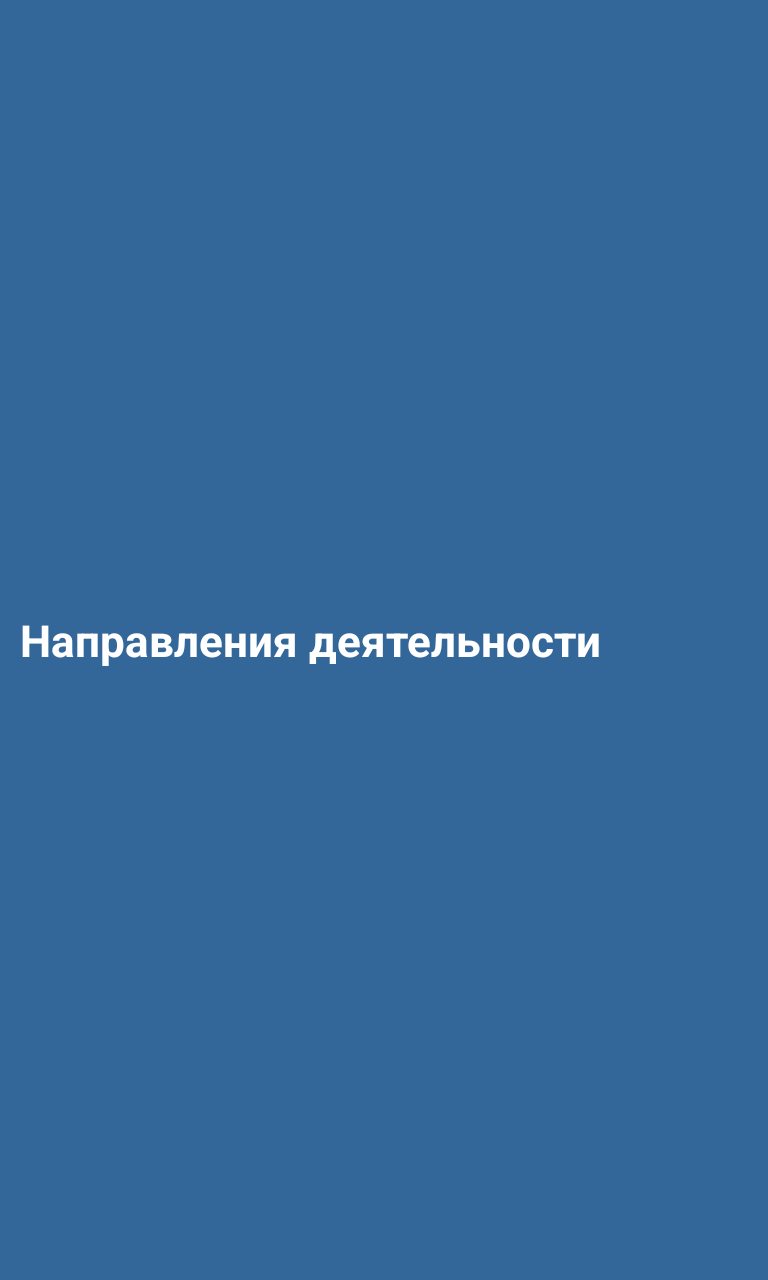
Repository: complexityclass/GosClient
Layout: Client/res/layout/list_header_news_archive.xml
An editor plug-in stored every save of this project. The layout is shown before and after the next save, followed by the edit.
It is drawn on a 768 x 1280 px phone screen (xhdpi) without system bars, with theme AppTheme; the app's code is not run.

Above is the layout before, as saved 2013-04-26 13:27:57.

After the next save:
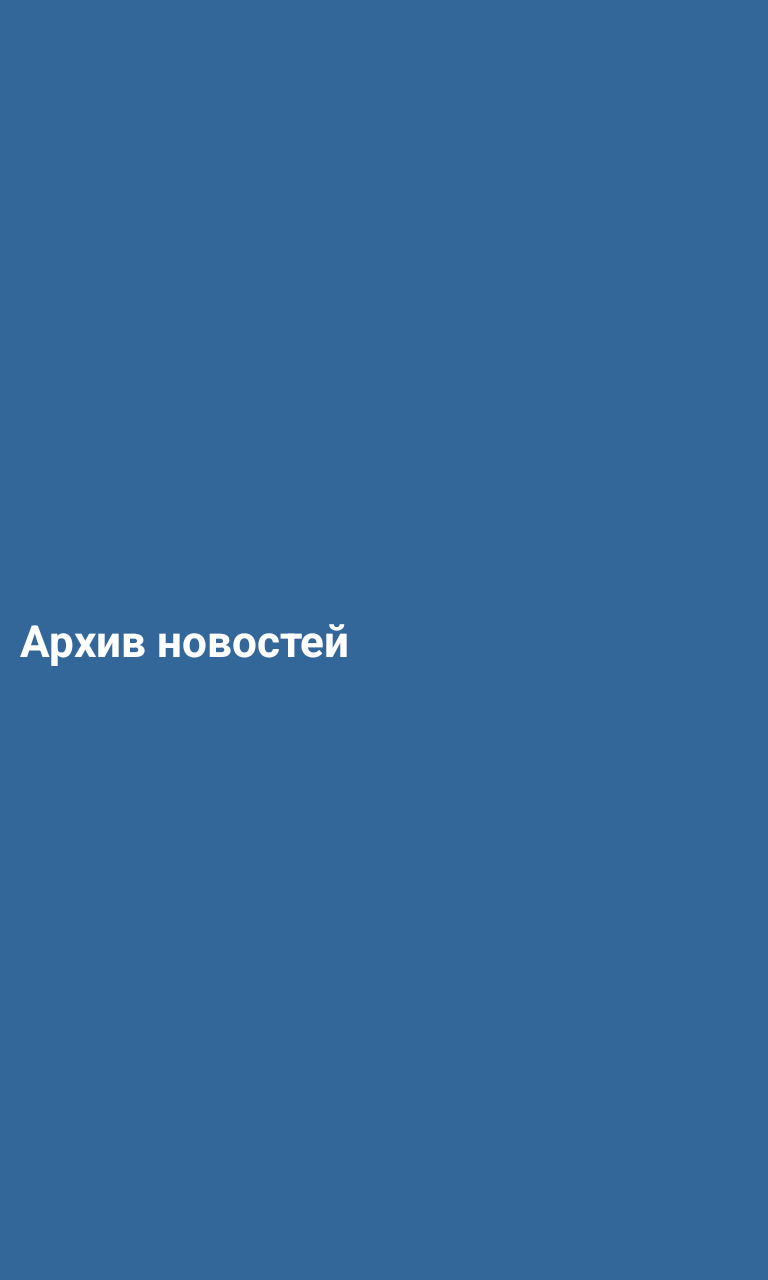
Saved 13 s later.
--- a/Client/res/layout/list_header_news_archive.xml
+++ b/Client/res/layout/list_header_news_archive.xml
@@ -14,7 +14,7 @@
         android:background="#336699"
         android:gravity="center_vertical"
         android:padding="10dp"
-        android:text="Направления деятельности"
+        android:text="@string/news_archive_ru"
         android:textColor="#FFFFFF"
         android:textSize="22dp"
         android:textStyle="bold" />
